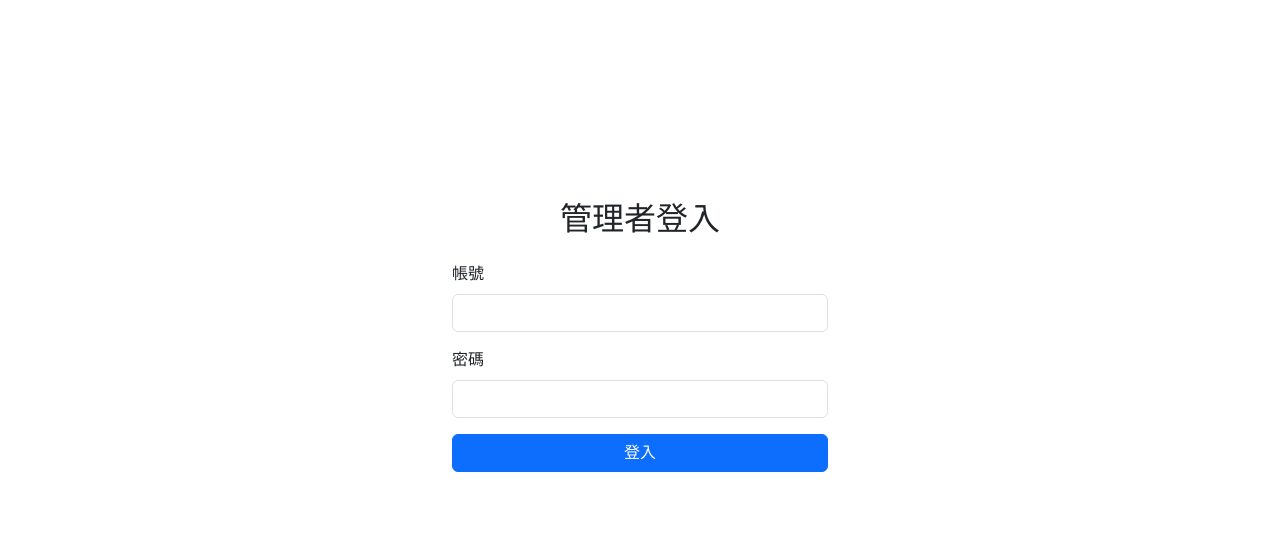
Repository: niwa787/questionary1
Page: questionarytest1/beststore/beststore/src/main/resources/static/login.html
The author's editor kept a copy of each file at every save. The page is drawn from the files as they stood at one save, then again after the next save.
The browser window is 1280 px wide. The pictures show the whole page.

Above is the page before, as saved 2024-06-22 09:13:30.

After the next save:
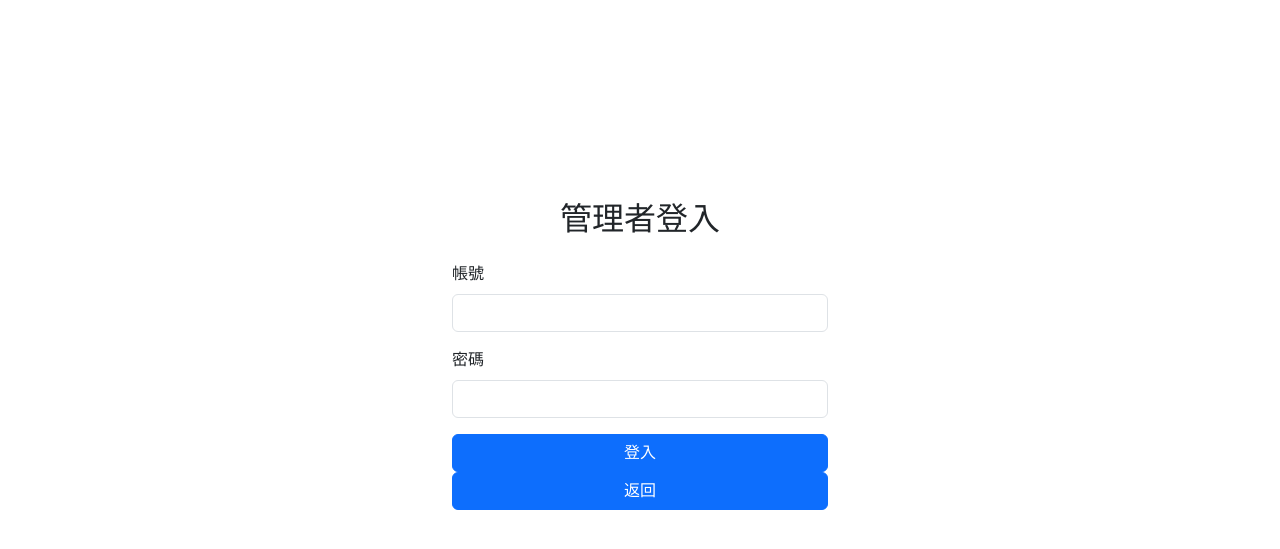
Saved 4 min 38 s later.
--- a/questionarytest1/beststore/beststore/src/main/resources/static/login.html
+++ b/questionarytest1/beststore/beststore/src/main/resources/static/login.html
@@ -21,14 +21,15 @@
     <form method="post" action="/login">
         <div class="mb-3">
             <label for="email" class="form-label">帳號</label>
-            <input type="email" class="form-control" id="email" name="email" required>
+            <input type="email" class="form-control" id="email" name="email" >
         </div>
         <div class="mb-3">
             <label for="password" class="form-label">密碼</label>
-            <input type="password" class="form-control" id="password" name="password" required>
+            <input type="password" class="form-control" id="password" name="password" >
         </div>
         <div class="d-grid">
             <button type="submit" class="btn btn-primary">登入</button>
+			<button type="submit" class="btn btn-primary" href="/">返回</button>
         </div>
     </form>
 </div>
